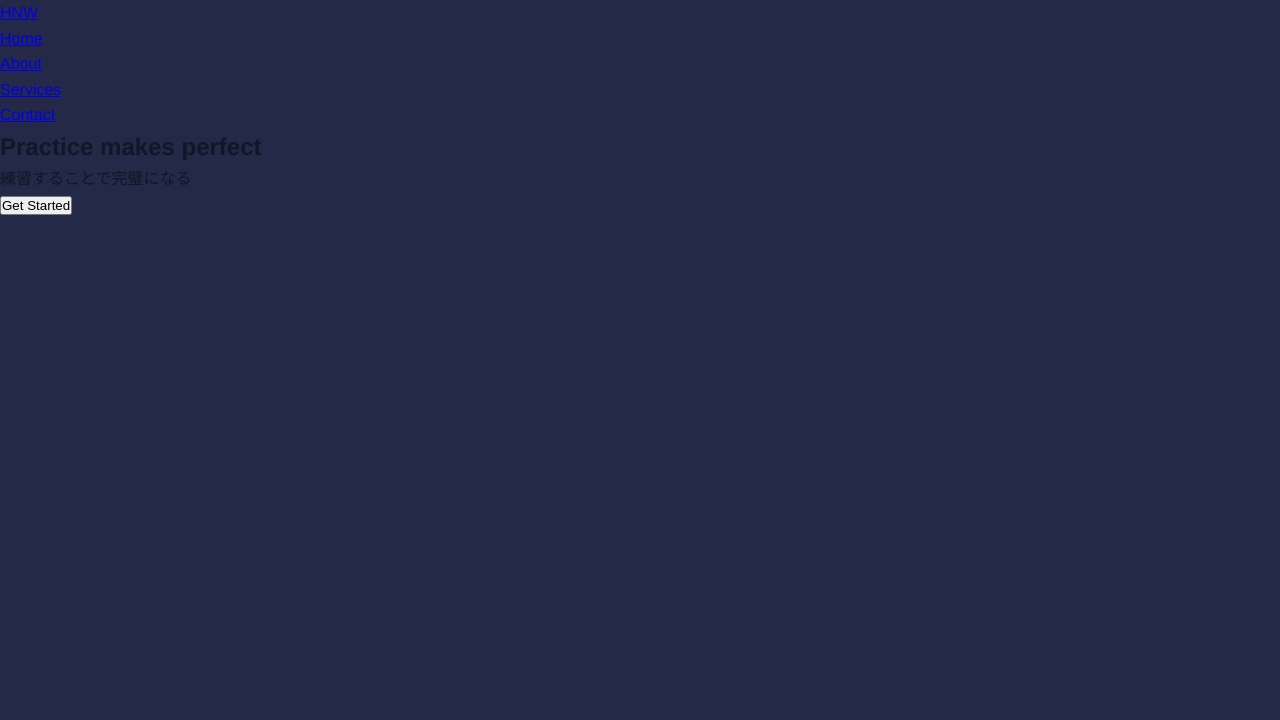
Repository: co6tter/hello-newworld-v3
Page: index.html
These files come from the project's save history. The page is drawn as it stood at one moment and after the next save; the edit follows.
The browser window is 1280 px wide. The pictures show the whole page.

Above is the page before, as saved 2025-07-14 19:34:21.

After the next save:
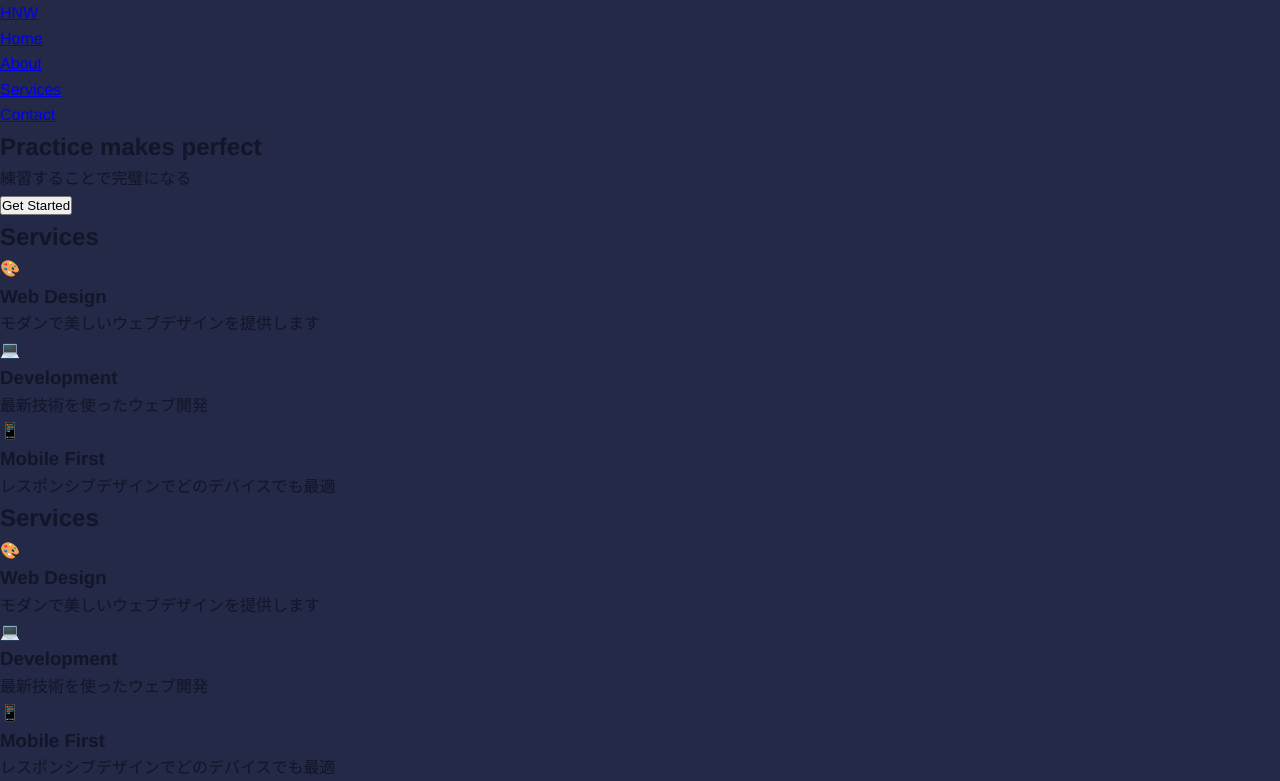
Saved 25 s later.
--- a/index.html
+++ b/index.html
@@ -37,5 +37,58 @@
         <button class="cta-button">Get Started</button>
       </div>
     </section>
+
+    <section class="section" id="services">
+      <div class="container">
+        <h2 class="section-title">Services</h2>
+        <div class="card-grid">
+          <div class="card">
+            <div class="card-icon">🎨</div>
+            <h3 class="card-title">Web Design</h3>
+            <p class="card-description">
+              モダンで美しいウェブデザインを提供します
+            </p>
+          </div>
+          <div class="card">
+            <div class="card-icon">💻</div>
+            <h3 class="card-title">Development</h3>
+            <p class="card-description">最新技術を使ったウェブ開発</p>
+          </div>
+          <div class="card">
+            <div class="card-icon">📱</div>
+            <h3 class="card-title">Mobile First</h3>
+            <p class="card-description">
+              レスポンシブデザインでどのデバイスでも最適
+            </p>
+          </div>
+        </div>
+      </div>
+    </section>
+    <section class="section" id="services">
+      <div class="container">
+        <h2 class="section-title">Services</h2>
+        <div class="card-grid">
+          <div class="card">
+            <div class="card-icon">🎨</div>
+            <h3 class="card-title">Web Design</h3>
+            <p class="card-description">
+              モダンで美しいウェブデザインを提供します
+            </p>
+          </div>
+          <div class="card">
+            <div class="card-icon">💻</div>
+            <h3 class="card-title">Development</h3>
+            <p class="card-description">最新技術を使ったウェブ開発</p>
+          </div>
+          <div class="card">
+            <div class="card-icon">📱</div>
+            <h3 class="card-title">Mobile First</h3>
+            <p class="card-description">
+              レスポンシブデザインでどのデバイスでも最適
+            </p>
+          </div>
+        </div>
+      </div>
+    </section>
   </body>
 </html>
